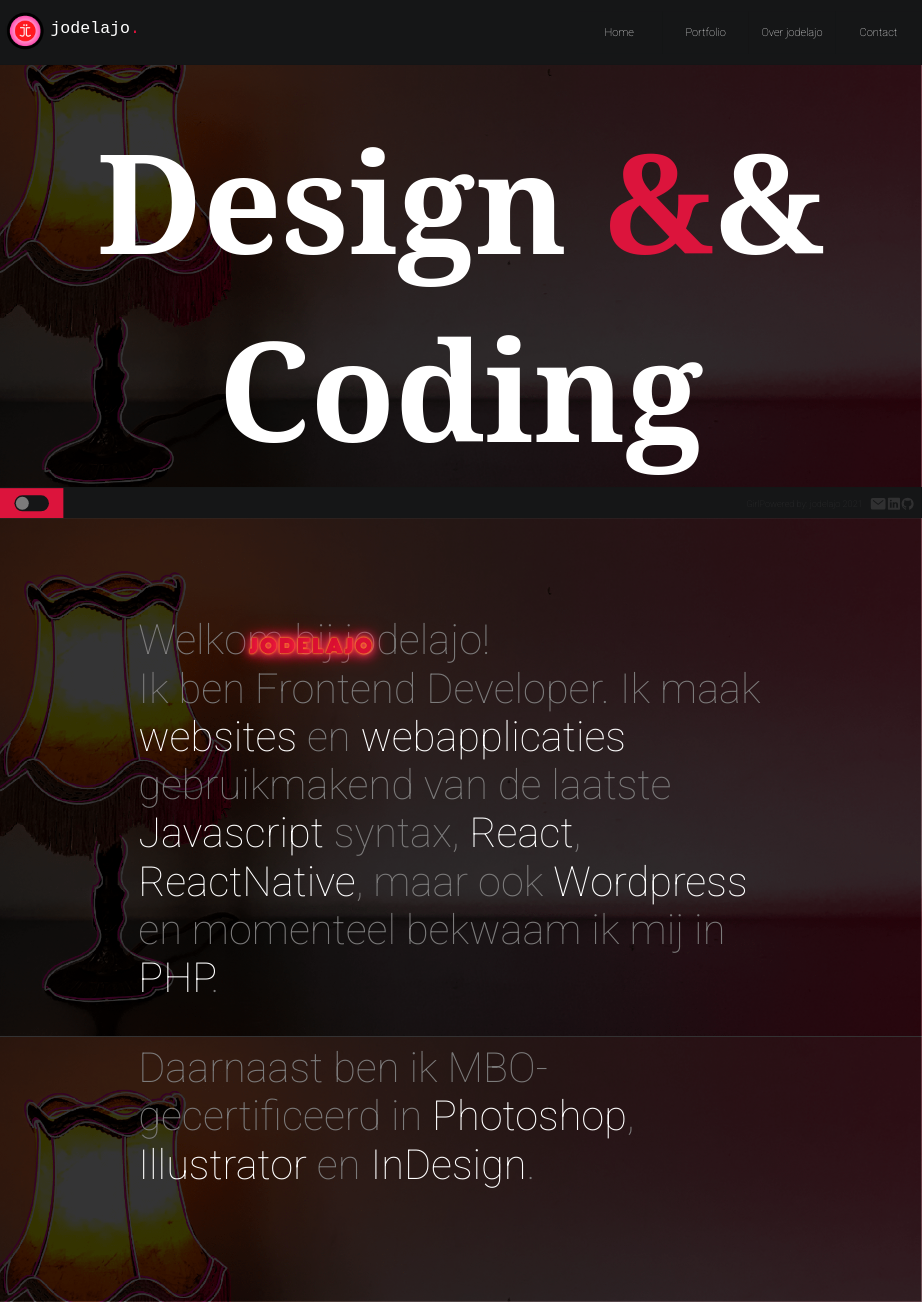
Repository: jodelajo/react-jodelajo
Page: /home
The author's editor kept a copy of each file at every save. The page is drawn from the files as they stood at one save, then again after the next save.
The browser window is 1280 px wide. The pictures show the whole page, at 72% of full size.
Backgrounds fixed to the window are drawn as part of the page. The project was rebuilt for these pictures with package versions that can differ from the ones it lists, and the page was loaded fresh each time. Also part of the build but not shown: src/pages/landing/Landing.module.css, src/components/landingButton/LandingButton.js, src/pages/landing/Landing.js, src/pages/portfolioScreen/PortfolioScreen.module.css, src/pages/portfolioScreen/PortfolioScreen.js, src/pages/singlePortfolio/SinglePortfolio.module.css, src/components/characteristics/Characteristics.js, src/pages/singlePortfolio/SinglePortfolio.js and 4 more.

Above is the page before, as saved 2021-11-12 20:23:31.

### public/index.html
<!DOCTYPE html>
<html lang="en">
  <head>
    <meta charset="utf-8" />
    <link rel="icon" href="%PUBLIC_URL%/favicon.ico" />
    <link rel="preconnect" href="https://fonts.gstatic.com">
    <link href="https://fonts.googleapis.com/css2?family=Roboto:wght@100;400;900&display=swap" rel="stylesheet">
    <link rel="preconnect" href="https://fonts.gstatic.com">
    <link href="https://fonts.googleapis.com/css2?family=Noto+Serif:wght@400;700&display=swap" rel="stylesheet">
    <meta name="viewport" content="width=device-width, initial-scale=1" />
    <meta name="theme-color" content="#000000" />
    <meta
      name="description"
      content="Jodelajo Design && Coding"
    />

    <title>Jodelajo - Frontend development</title>
  </head>
  <body>

    <div id="root"></div>

  </body>
</html>

### src/index.js
import React from "react";
import ReactDOM from "react-dom";
import "./index.css";
import App from "./App";
import { BrowserRouter as Router } from "react-router-dom";
import reportWebVitals from "./reportWebVitals";

ReactDOM.render(
  <React.StrictMode>
    <Router>
      <App />
    </Router>
  </React.StrictMode>,
  document.getElementById("root")
);

reportWebVitals();

### src/index.css
@import url('https://fonts.googleapis.com/css2?family=Courier+Prime:wght@400;700&family=Monoton&display=swap');

:root {
  --colors-primary: #151617;
  --colors-background: white;
  --colors-accent: rgb(220, 20, 60);
  --colors-portfolio: #222324;
  --colors-content: rgb(124, 123, 123);
  --colors-footer: #303031;
}
body {
  margin: 0;
  padding: 0;
  font-family: "Roboto", sans-serif;
  box-sizing: border-box;
  font-size: 1.6rem;
  width: 100%;
}

h1 {
  font-size: 3.2rem;
  font-family: "Noto Serif", serif;
  font-weight: 700;
  color: var(--colors-background);
  padding-top: 100px;
}

@media only screen and (min-width: 576px) {
  h1 {
    font-size: 4rem;
  }
}

@media only screen and (min-width: 768px) {
  h1 {
    font-size: 8rem;
  }
}

@media only screen and (min-width: 992px) {
  h1 {
    font-size: 10rem;
  }
}

@media only screen and (min-width: 1200px) {
  h1 {
    font-size: 12rem;
  }
}

### src/App.js
import React, {  useState } from "react";
import "./App.css";
import "./theme.css";
import { Route, Switch, } from "react-router-dom";
import NavBar from "./components/navBar/NavBar";
import Landing from "./pages/landing/Landing";
import Home from "./pages/home/Home";
import PortfolioScreen from "./pages/portfolioScreen/PortfolioScreen";
import SinglePortfolio from "./pages/singlePortfolio/SinglePortfolio";
import About from "./pages/about/About";
import Contact from "./pages/contact/Contact";
import Footer from "./components/footer/Footer";
import UseMediaQuery from "./components/UseMediaQuery"
import useGaTracker from "./components/useGaTracker";

function App() {
  useGaTracker()
  const [theme, setTheme] = useState("dark");
  const isActive = UseMediaQuery('(min-width: 992px')
  const [showNav, setShowNav] = useState(true)


  function themeHandler() {
    if (theme === "light") {
      setTheme("dark");
    } else {
      setTheme("light");
    }
  }

  return (
    <div className={`App ${theme}`}>
      <div className="app-container">


       {showNav && <NavBar />}

        <Switch>
          {isActive ? <Route exact path="/" render ={(props) => <Landing {...props} setShowNav={setShowNav(false)} />} /> :
          <Route exact path="/" render = {(props) => <Home {...props} setShowNav={setShowNav(true)} />} />}
          <Route exact path="/home" render = {(props) => <Home {...props} setShowNav={setShowNav(true)} />} />
          <Route path="/portfolioscreen" component={PortfolioScreen} />
          <Route path="/singleportfolio/:slug" component={SinglePortfolio} />
          <Route path="/about" component={About} />
          <Route path="/contact" component={Contact} />
        </Switch>
        <span className="footer">
         {showNav &&  <Footer themeHandler={themeHandler} />}
        </span>
      </div>
    </div>
  );
}

export default App;

### src/App.css
.app-container {
  display: flex;
  flex-direction: column;
  justify-content: space-between;
  width: 100vw;
  align-items: center;

}

.footer {
  display: flex;
  width: 100%;
}

### src/theme.css
.dark {
  --colors-primary: #151617;
  --colors-background: white;
  --colors-accent: rgb(220, 20, 60);
  --colors-portfolio: #222324;
  --colors-content: rgb(124, 123, 123);
  --colors-footer: #303031;
  /* background-color: #151617; */

  background: url('../src/assets/images/bg_21.png') rgba(48, 48, 49, 0.98);
  background-blend-mode: multiply;
  background-size: cover;
  background-repeat: no-repeat;
  background-position: center center;
  min-height: 100vh;
  background-attachment: fixed;
}

.light {
  --colors-primary: #fff;
  --colors-background: #151617;
  --colors-accent: rgb(220, 20, 60);
  --colors-portfolio: rgb(206, 206, 206);
  --colors-content: rgb(124, 123, 123);
  --colors-footer: #303031;
  background-color: #fff;
  min-height: 100vh;
}

### src/pages/home/Home.js
import React from "react";
import styles from "./Home.module.css";
import { Link } from "react-router-dom";

function Home() {
  return (
    <>
      <div className={styles["home-wrapper"]}>
        <h1>
          Design <span className={styles["and"]}>&</span>& Coding
        </h1>
        <div className={styles["main"]}>
          <p>
            Welkom bij jodelajo! <br />
            Ik ben Frontend Developer. Ik maak{" "}
            <Link to="/portfolioScreen" className={styles["accent"]}>
              {" "}
              websites{" "}
            </Link>{" "}
            en{" "}
            <Link to="/portfolioScreen" className={styles["accent"]}>
              webapplicaties
            </Link>{" "}
            gebruikmakend van de laatste
            <Link to="/portfolioScreen" className={styles["accent"]}>
              {" "}
              Javascript
            </Link>{" "}
            syntax,
            <Link to="/portfolioScreen" className={styles["accent"]}>
              {" "}
              React
            </Link>
            ,{" "}
            <Link to="/portfolioScreen" className={styles["accent"]}>
              {" "}
              ReactNative
            </Link>
            , maar ook{" "}
            <Link to="/portfolioScreen" className={styles["accent"]}>
              Wordpress {" "}
            </Link>
             en momenteel bekwaam ik mij in  <Link to="/portfolioScreen" className={styles["accent"]}>
              PHP
            </Link>. </p>
             <p>Daarnaast ben ik MBO-gecertificeerd in
            <Link to="/portfolioScreen" className={styles["accent"]}>
              {" "}
              Photoshop
            </Link>
            ,{" "}
            <Link to="/portfolioScreen" className={styles["accent"]}>
              Illustrator
            </Link>{" "}
            en{" "}
            <Link to="/portfolioScreen" className={styles["accent"]}>
              InDesign
            </Link>
            .</p>

        </div>
      </div>
    </>
  );
}
export default Home;

### src/components/footer/Footer.js
import React from "react";
import styles from "./Footer.module.css";
import { IoLogoGithub, IoLogoLinkedin, IoMail } from "react-icons/io5";
import ThemeButton from "../themeButton/ThemeButton";
import Neon from "../neon/Neon";

function Footer({ themeHandler }) {
  const day = new Date();
  const year = day.getFullYear();

  return (
    <div className={styles["footer-container"]}>
      <div className={styles.buttonContainer}>
        <ThemeButton onClick={themeHandler} />
      </div>
      <div className={styles.neon}>
        <Neon />
      </div>
      <div className={styles["info-container"]}>
        <p className={styles["contact-text"]}>
          GirlPowered by: jodelajo {year}
        </p>
        <div className={styles.icons}>
          <span className={styles["contact-icons"]}>
            <a href="mail.to:jodelajo@gmail.com">
              <IoMail className={styles.mail} />
            </a>
          </span>
          <span className={styles["contact-icons"]}>
            <a
              href="https://www.linkedin.com/in/joanneke-haasbroek-77b31020/"
              target="_blank"
              rel="noreferrer"
            >
              <IoLogoLinkedin />
            </a>
          </span>
          <span className={styles["contact-icons"]}>
            <a
              href="https://github.com/jodelajo"
              target="_blank"
              rel="noreferrer"
            >
              <IoLogoGithub />
            </a>
          </span>
        </div>
      </div>
    </div>
  );
}
export default Footer;

### src/components/UseMediaQuery.js


/* eslint-disable react-hooks/exhaustive-deps */
import {useEffect, useState} from "react";

export default function UseMediaQuery(query) {
    const [matches, setMatches] = useState(false);

    useEffect(
        () => {
            const mediaQuery = window.matchMedia(query);
            setMatches(mediaQuery.matches);
            const handler = (event) => setMatches(event.matches);
            mediaQuery.addEventListener("change", handler);
            return () => mediaQuery.removeEventListener("change", handler);
        },
        []
    );
    return matches;
}

### src/components/useGaTracker.js
import { useEffect, useState } from "react";
import { useLocation } from "react-router-dom";
import ReactGA from "react-ga";

const useGaTracker = () => {
    const location = useLocation();
    const [initialized, setInitialized] = useState(false);

    useEffect(() => {
        if (!window.location.href.includes("localhost")) {
        ReactGA.initialize("UA-199953893-1");
        }
        setInitialized(true);
    }, []);

    useEffect(() => {
        if (initialized) {
        ReactGA.pageview(location.pathname + location.search);
        }
    }, [initialized, location]);
};

export default useGaTracker;

### src/components/navBar/NavBar.module.css
.navbar-container {
  display: flex;
  position: fixed;
  top: 0;
  width: 100%;
  height: 90px;
  background-color: var(--colors-primary);
  color: var(--colors-background);
  justify-content: space-between;
  align-items: center;
  z-index: 1;
  font-size: 0.6em;
}

.nav-wrapper {
  display: block;
  top: 90px;
  right: 0;
  width: 200px;
  position: absolute;
}

.nav-wrapper-web {
  display: none;
}

.logo-name-wrapper {
  display: flex;
}

h2 {
  font-family: "Courier New", Courier, monospace;
  font-weight: 300;
  color: var(--colors-background);
}

.dot {
  color: var(--colors-accent);
}

.logo {
  width: 70px;
  height: 70px;
}

.hamburger-icon {
  color: var(--colors-background);
  font-size: 2.2em;
  margin-right: 10px;
  margin-bottom: 12px;
}

#hamburger {
  display: none;
}

.hamburger {
  display: none;
}

.menuClass {
  width: 200px;
  padding: 20px 10px;
  font-weight: 300;
  text-decoration: none;
  color: var(--colors-background);
  text-align: center;
  box-sizing: border-box;
  display: block;
  border-bottom: 2px solid var(--colors-content);
  background-color: var(--colors-primary);
}

@media only screen and (min-width: 992px) {
  .nav-wrapper-web {
    box-sizing: border-box;
    display: flex;
    justify-content: space-between;
  }

  .nav-wrapper {
    display: none;
  }

  .hamburger-icon {
    display: none;
  }

  .menuClass {
    width: 120px;
    background-color: var(--colors-primary);
    border: none;
    font-weight: 300;
  }

  .menuClass:hover {
    color: var(--colors-accent);
  }
}
@media only screen and (min-width: 1600px) {
  .navbar-container {
    font-size: 1.2rem;
  }
  .menuClass {
    width: 160px;
  }
}

### src/components/neon/Neon.js
import styles from './Neon.module.css'

export default function Neon() {
    return (
        <div className={styles.neonWrapper}>


        <div >j</div>
        <div className={styles.o}>o</div>
        <div >d</div>
        <div >e</div>
        <div className={styles.l}>l</div>
        <div >a</div>
        <div className={styles.j2}>j</div>
        <div >o</div>
        {/* <div >'s</div> */}
    </div>

    )
}

### src/pages/home/Home.module.css
.home-wrapper {
  display: flex;
  width: 100vw;
  height: 100%;
  align-items: center;
  justify-content: center;
  flex-wrap: wrap;
  flex-grow: 1;
  min-height: 100%;
  text-align: center;

}

.and {
  color: var(--colors-accent);
}

.main {
  font-size: 1.6rem;
  font-weight: 400;
  color: var(--colors-content);
  margin-bottom: 100px;
  width: 70%;
  height: auto;
  text-align: start;
}

.accent {
  color: var(--colors-background);
  font-weight: 400;
  text-decoration: none;
}

.accent:hover {
  color: var(--colors-accent);
  cursor: pointer;
}

@media only screen and (min-width: 576px) {
  .main {
    font-size: 2rem;
  }
}

@media only screen and (min-width: 768px) {
  .main {
    font-size: 3rem;
    font-weight: 300;
  }

  .accent {
    font-weight: 300;
  }
}

@media only screen and (min-width: 992px) {
  .aboutWrapper {
    width: 70%;
  }
}

@media only screen and (min-width: 1200px) {
  h1 {
    margin-top: 3rem;
  }
  .main {
    font-size: 3.6rem;
  }
}

@media only screen and (min-width: 1600px) {
  .home-wrapper {
    margin-bottom: 40px;
    /* padding-top: 100px; */
    width: 90%;
  }
}

### src/components/footer/Footer.module.css
.footer-container {
  position: relative;
  background-color: var(--colors-primary);
  width: 100%;
  height: 43px;
  position: fixed;
  bottom: 0;
  flex-shrink: 1;
  display: flex;
  z-index: 20;
  justify-content: space-between;
  align-items: flex-end;
}

.buttonContainer {
  margin: 0;
}

.neon {
 position: absolute;
top: 80px;
transform: scale(0.2);
z-index: 30;
}

.info-container {
  display: flex;
  padding-right: 10px;
  column-gap: 10px;
  justify-content: flex-end;
  align-items: center;
}

.contact-text {
  color: var(--colors-footer);
  font-size: 0.8rem;
  font-weight: 200;
}

.icons {
  display: flex;
  align-items: flex-end;
}
.contact-icons a {
  font-size: 1.2rem;
  color: var(--colors-footer);
}

.contact-icons a:hover {
  color: var(--colors-background);
}

.mail {
  font-size: 1.46rem;
  margin-bottom: -3px;
}

### src/components/themeButton/ThemeButton.js
import React, { useState } from "react";
import styles from "./ThemeButton.module.css";

function ThemeButton({ onClick }) {
  const [checked, toggleChecked] = useState(false);

  function handleChecked() {
    onClick();
    toggleChecked(!checked);
  }
  return (
    <>
      <div className={styles["switch-wrapper"]}>
        <input
          type="checkbox"
          className={styles["switch"]}
          id="switch"
          onClick={handleChecked}
        />

        <label htmlFor="switch" className={styles["switch-btn"]} />
      </div>
    </>
  );
}
export default ThemeButton;

### src/components/neon/Neon.module.css

/* body {
    margin: 0;
    background-color: black;
    font-family: 'Monoton', cursive;
    font-size: 6rem;
    font-weight: 700;
    font-variant: small-caps;
    letter-spacing: 18px;
    font-stretch: ultra-expanded;
} */

:root {
    --colors-neon-letter: rgb(218, 17, 51);
    --colors-neon-green: hsla(350, 100%, 59%, 0.7);
    --colors-neon-accent: rgb(247, 140, 40);
}

.neonWrapper {
    /* position: absolute; */
    display: flex;
    flex-direction: row;
    font-family: 'Monoton', cursive;
    font-size: 6rem;
    font-weight: 700;
    font-variant: small-caps;
    letter-spacing: 18px;
    font-stretch: ultra-expanded;
    /* width: 30rem;
    height: 10rem; */
    /* align-items: center;
    justify-content: center; */
    /* transform: translate(-50%, -50%); */
    color: var(--colors-neon-letter);
    text-shadow:
    0 0 7px var(--colors-neon-accent),
    0 0 10px var(--colors-neon-accent),
    0 0 21px var(--colors-neon-accent),
    0 0 42px var(--colors-neon-green),
    0 0 82px var(--colors-neon-green),
    0 0 92px var(--colors-neon-green),
    0 0 102px var(--colors-neon-green),
    0 0 151px var(--colors-neon-green);

}

.o {
    animation: flicker 30s linear 12s infinite alternate;
}


.l {
    animation: flicker 1.5s infinite alternate;
}

.j2 {
    animation: flicker 5s infinite alternate;
}


@keyframes flicker {

    0%, 18%, 22%, 25%, 53%, 57%, 100% {

        text-shadow:
        0 0 7px var(--colors-neon-accent),
        0 0 10px var(--colors-neon-accent),
        0 0 21px var(--colors-neon-accent),
        0 0 42px var(--colors-neon-green),
        0 0 82px var(--colors-neon-green),
        0 0 92px var(--colors-neon-green),
        0 0 102px var(--colors-neon-green),
        0 0 151px var(--colors-neon-green);

    }

    20%, 24%, 55% {
        text-shadow: none;
    }
  }

  @media only screen and (min-width: 1200px) {
    .neonWrapper {

        font-size: 11rem;
    }
  }

  @media only screen and (min-width: 2000px) {
    .neonWrapper {
        font-size: 16rem;
    }
}

### src/components/landingButton/LandingButton.module.css
:root {
  --colors-pink-light: rgba(255, 226, 246, 1);
  --colors-pink-dark: rgba(255, 119, 193, 1);
  --colors-gradient: radial-gradient(
    circle,
    rgb(255, 239, 250) 0%,
    rgb(255, 34, 155) 100%
  );
  --colors-gradient-yellow: linear-gradient(0deg, rgba(251,242,1,1) 0%, rgba(196,0,0,1) 100%);
  --colors-gradient-black: linear-gradient(0deg, rgba(0,0,0,1) 0%, rgba(12,10,10,0.9) 100%);
}


.buttonWrapper {
  top: -2rem;
    left: 0;
  /* transform: translate(-50%, -50%); */
  position: relative;
  width: 18rem;
  height: 15rem;
  display: flex;
  left: -1.5rem;
  /* align-items: center; */
  justify-content: center;
  border-radius: 50%;
  overflow: hidden;
  /* background-color: gray; */
  transform-style: preserve-3d;
  transform: rotateX(50deg);
  z-index: 1;
}

.hover {
    position: absolute;
    margin-top: -3.5rem;
    width: 15rem;
    height: 13rem;
    border-radius: 50%;
    z-index: 6;
    text-align: center;
    display: inline-block;
    transform-style: preserve-3d;
    transform: rotateX(50deg);
}

.hover:hover {
    box-shadow: inset 0px 0px 40px 30px rgb(70, 9, 42);
}

.glass {
  position: absolute;
  top: -0.7rem;
  width: 10rem;
  height: 6rem;
  background-color: rgba(255, 255, 255);
  opacity: 0.4;
  border-radius: 50%;
  font-size: 1rem;
  color: #fff;

  z-index: 5;
  text-align: center;
  display: block;
  transform-style: preserve-3d;
  transform: rotateX(50deg);
}



.top {
  position: absolute;
  margin-top: 0.7rem;
  width: 8rem;
  height: 5.5rem;
  background-color: rgb(255, 2, 2);
  border-radius: 50%;
  font-size: 1rem;
  color: #fff;

  z-index: 4;
  text-align: center;
  display: block;
  transform-style: preserve-3d;
  transform: rotateX(50deg);
}



.topBackgroundPink {
  position: absolute;
  margin-top: -0.8rem;
  width: 12rem;
  height: 9rem;
  background: var(--colors-gradient);
  border-radius: 50%;
  z-index: 3;
  text-align: center;
  display: block;
  transform-style: preserve-3d;
  transform: rotateX(50deg);
}


.topBackgroundBlack {
  position: absolute;
  margin-top: -3.5rem;
  width: 15rem;
  height: 13rem;
  background-color: #000;
  border-radius: 50%;

  z-index: 2;
  text-align: center;
  display: inline-block;
  transform-style: preserve-3d;
  transform: rotateX(50deg);
}


.text {
  font-size: 4rem;
  margin-top: 0rem;
  font-family: "Courier New", Courier, monospace;
  font-weight: 500;
}

.reverse {
  display: inline-block;
  padding: 0;
  margin-left: -60px;
  transform: scale(-1, 1);
}

.buttonAround {
  position: absolute;
  width: 14.94rem;
  height: 18rem;
  background-color: #000;
  display: block;

  z-index: 1;
}



.buttonAround::after {
  content: "";
  position: absolute;
  display: inline-block;
  left: 0;
  bottom: 0;
  width: 25%;
  height: 100%;
  background: linear-gradient(
    90deg,

    rgba(255, 135, 105, 0.401) 0%,
    rgba(250, 178, 150, 0.616) 20%,
    rgba(159, 159, 159, 0.2) 70%,
    rgba(0, 0, 0, 0.2) 100%
  );
  z-index: 1;
}

.buttonShadow {
  position: relative;
  top: -12.5rem;
  left: 1.5rem;
  width: 20rem;
  height: 12rem;
  border-radius: 50%;
  background: linear-gradient(90deg, rgba(0,0,0,1) 0%, rgba(12,10,10,0.9) 50%, rgba(12,10,10,0.9) 100%);
  z-index: 0;
  transform-style: preserve-3d;
  transform: rotateX(70deg) skewY(4deg);
  box-shadow: 5px 10px 40px 30px rgba(12, 10, 10, 0.9);
}

### src/components/themeButton/ThemeButton.module.css
.switch-wrapper {
    min-width: 100%;
    background-color: var(--colors-accent);
    display: flex;
    justify-content: center;
    align-items: center;
    padding: 10px;
}

.switch {
    display: none;
}

.switch-btn {
    box-sizing: border-box;
    position: relative;
    outline: none;
    width: 3rem;
    height: 1.4rem;
    display: block;
    cursor: pointer;
    background: var(--colors-primary);
    border-radius: 2rem;
    padding: 2px;
    transition: all .4s ease;
}


.switch-btn::after {
    position: relative;
    left: 0;
    display: block;
    content: "";
    width: 40%;
    height: 100%;
    border-radius: 50%;
    background: var(--colors-content);
    transition: all .2s ease;
}

.switch:checked + .switch-btn {
    background: var(--colors-primary);
}

.switch:checked + .switch-btn::after {
    left: 60%;
}

Loaded but not shown: src/reportWebVitals.js (common file); src/components/navBar/NavBar.js (86 lines, source omitted)

After the next save:
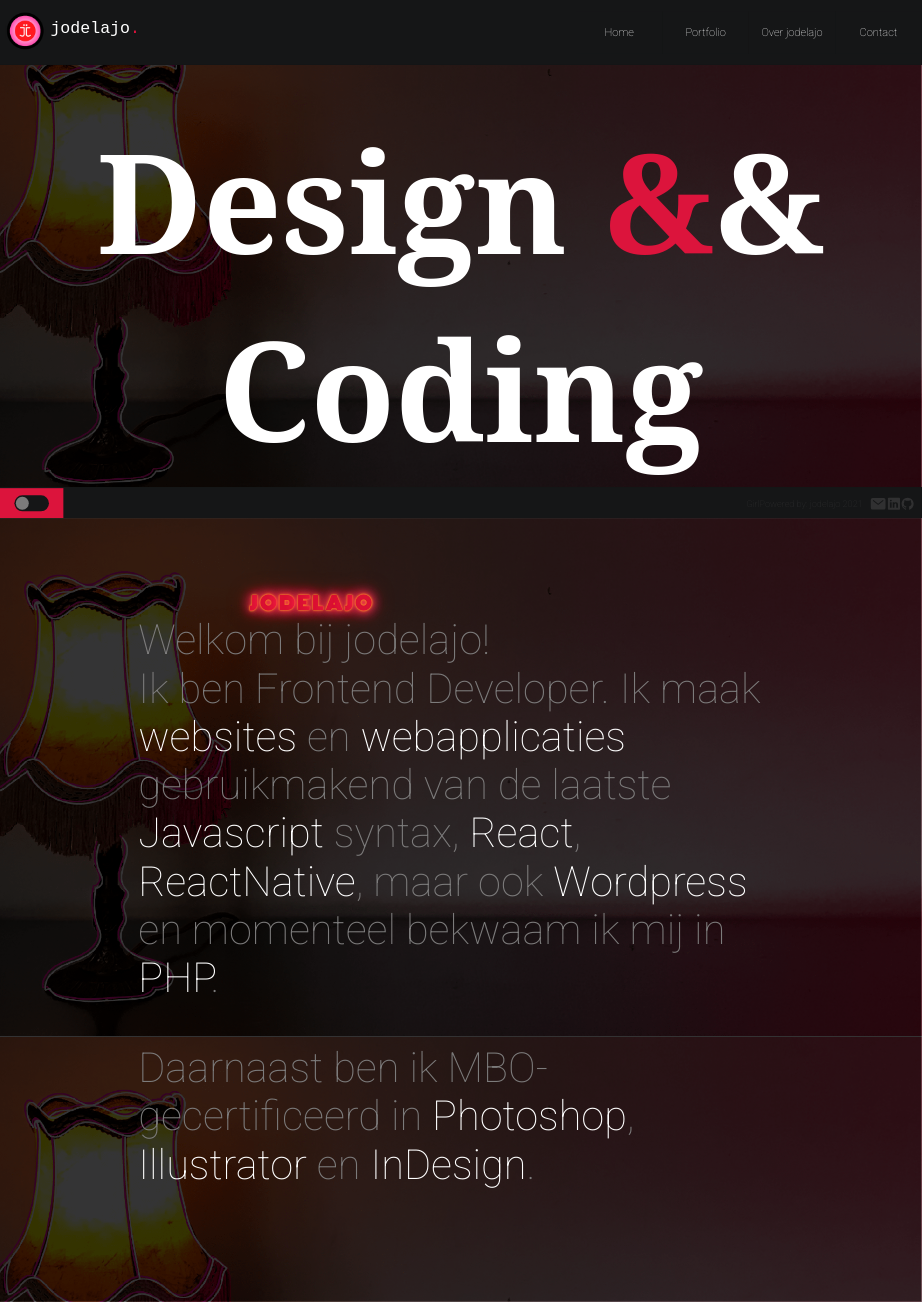
Saved 25 s later.
--- a/src/components/footer/Footer.module.css
+++ b/src/components/footer/Footer.module.css
@@ -18,7 +18,7 @@
 
 .neon {
  position: absolute;
-top: 80px;
+top: 20px;
 transform: scale(0.2);
 z-index: 30;
 }
